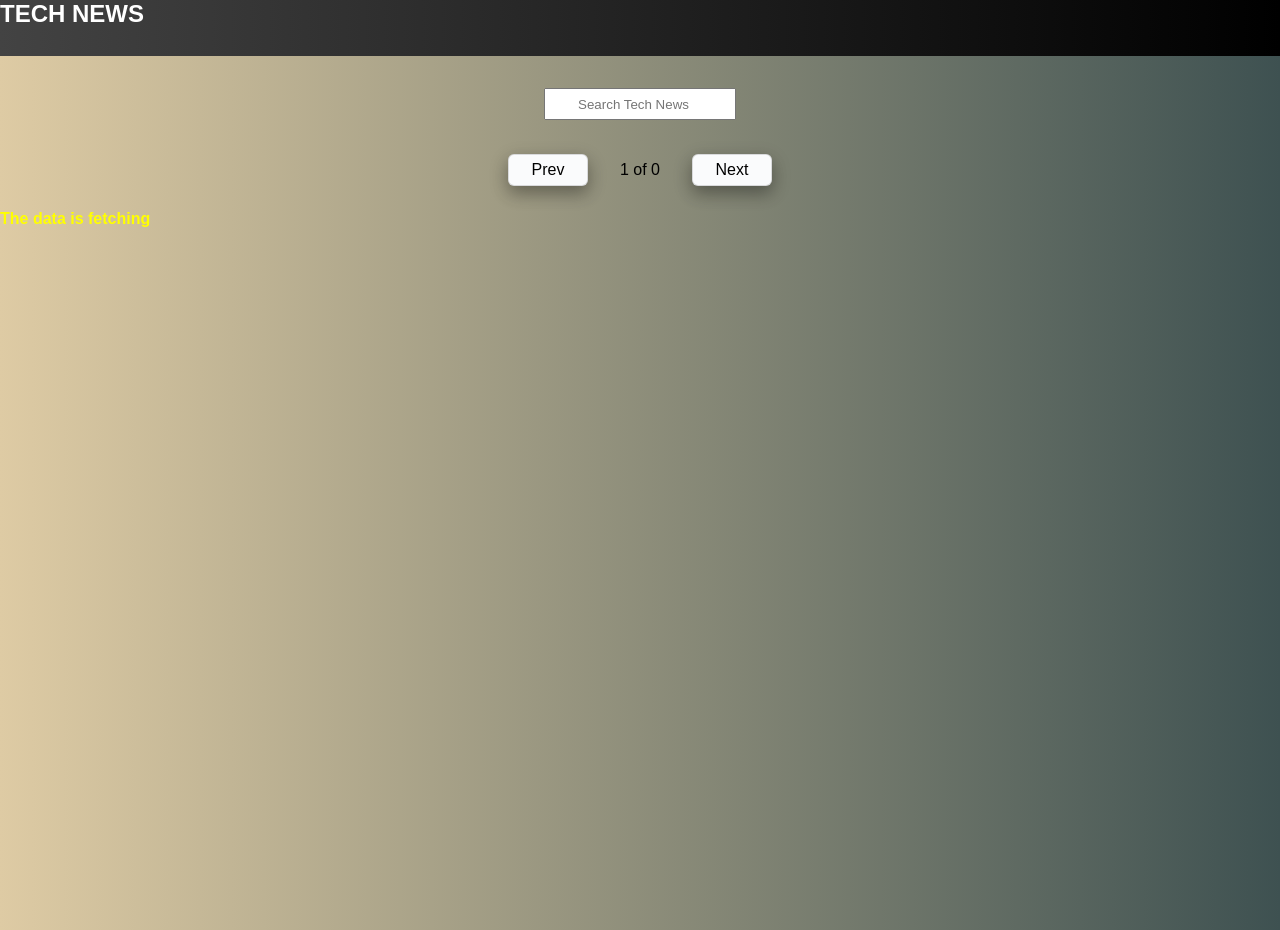
Repository: suraj-yadav7/TechNews
Page: /
These files come from the project's save history. The page is drawn as it stood at one moment and after the next save; the edit follows.
The browser window is 1280 px wide. The pictures show the whole page.
The page's requests for data from a server got no answer. The project was rebuilt for these pictures with package versions that can differ from the ones it lists, and the page was loaded fresh each time. No one was signed in, and anything a server would have sent is missing.

Above is the page before, as saved 2023-04-28 10:59:28.

After the next save:
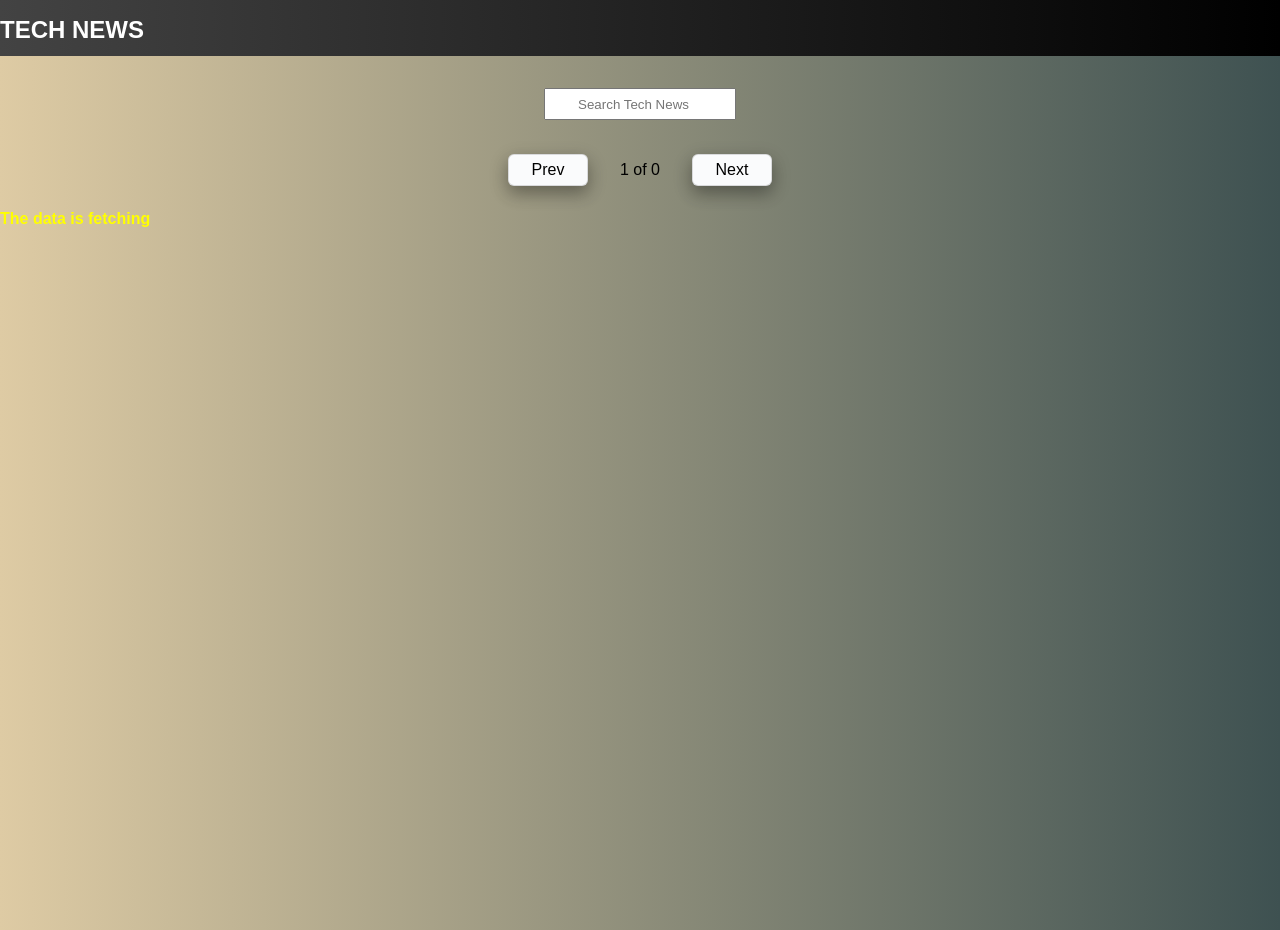
Saved 41 s later.
--- a/src/App.css
+++ b/src/App.css
@@ -11,6 +11,9 @@
     height: 3.5rem;
     background-image: linear-gradient(to right, #434343 0%, black 100%);
     color:#fff;
+  }
+  .navbar>h1{
+    padding-top:1rem ;
   }
 
 /* Search Div*/
